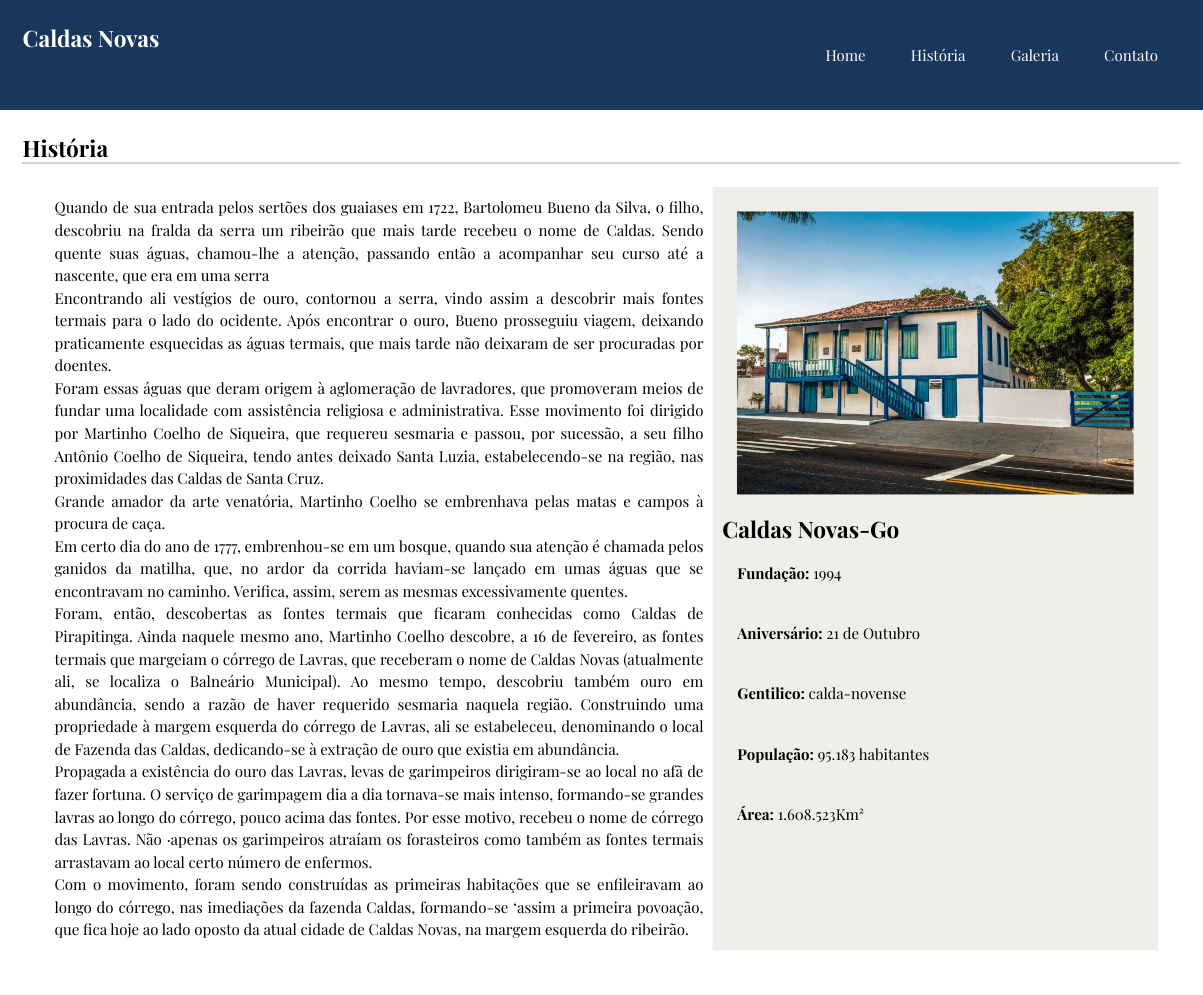
Repository: AbiezerSidonioJoseOdanacaJunior/DesafioLocalTuristico
Page: index.html
The author's editor kept a copy of each file at every save. The page is drawn from the files as they stood at one save, then again after the next save.
The browser window is 1280 px wide. The pictures show the whole page, at 94% of full size.
Some web fonts or font styles are not loaded; a fallback is used.

Above is the page before, as saved 2024-11-11 16:27:56.

### index.html
<!DOCTYPE html>
<html lang="pt-br">
<head>
    <link rel="preconnect" href="https://fonts.googleapis.com">
    <link rel="preconnect" href="https://fonts.gstatic.com" crossorigin>
    <meta charset="UTF-8">
    <meta name="viewport" content="width=device-width, initial-scale=1.0">
    <title>Caldas Novas</title>
    <link rel="stylesheet" href="./css/style.css">
    <link href="https://fonts.googleapis.com/css2?family=Alice&family=Playfair+Display:ital,wght@0,400..900;1,400..900&display=swap" rel="stylesheet">
</head>
<body>
    <div id="page">
        <nav>
            <!-- <img src="./img/clds.png" alt="logo Caldas novas"> -->
             <h1>Caldas Novas</h1>
            <ul>
                <li><a href="#home">Home</a></li>
                <li><a href="#history">História</a></li>
                <li><a href="#gallery">Galeria</a></li>
                <li><a href="#contact">Contato</a></li>
            </ul>
        </nav>
        <main>
            <section id="history">
                <h1>História</h1>
                <hr>
               <div id="about">
                <div id="text-history">
                    <p>Quando de sua entrada pelos sertões dos guaiases em 1722, Bartolomeu Bueno da Silva, o filho, descobriu na fralda da serra um ribeirão que mais tarde recebeu o nome de Caldas. Sendo quente suas águas, chamou-lhe a atenção, passando então a acompanhar seu curso até a nascente, que era em uma serra</p>
                    <p>Encontrando ali vestígios de ouro, contornou a serra, vindo assim a descobrir mais fontes termais para o lado do ocidente. Após encontrar o ouro, Bueno prosseguiu viagem, deixando praticamente esquecidas as águas termais, que mais tarde não deixaram de ser procuradas por doentes.</p>
                    <p>Foram essas águas que deram origem à aglomeração de lavradores, que promoveram meios de fundar uma localidade com assistência religiosa e administrativa. Esse movimento foi dirigido por Martinho Coelho de Siqueira, que requereu sesmaria e passou, por sucessão, a seu filho Antônio Coelho de Siqueira, tendo antes deixado Santa Luzia, estabelecendo-se na região, nas proximidades das Caldas de Santa Cruz.</p>
                    <p>Grande amador da arte venatória, Martinho Coelho se embrenhava pelas matas e campos à procura de caça.</p>
                    <p>Em certo dia do ano de 1777, embrenhou-se em um bosque, quando sua atenção é chamada pelos ganidos da matilha, que, no ardor da corrida haviam-se lançado em umas águas que se encontravam no caminho. Verifica, assim, serem as mesmas excessivamente quentes.</p>
                    <p>Foram, então, descobertas as fontes termais que ficaram conhecidas como Caldas de Pirapitinga. Ainda naquele mesmo ano, Martinho Coelho descobre, a 16 de fevereiro, as fontes termais que margeiam o córrego de Lavras, que receberam o nome de Caldas Novas (atualmente ali, se localiza o Balneário Municipal). Ao mesmo tempo, descobriu também ouro em abundância, sendo a razão de haver requerido sesmaria naquela região. Construindo uma propriedade à margem esquerda do córrego de Lavras, ali se estabeleceu, denominando o local de Fazenda das Caldas, dedicando-se à extração de ouro que existia em abundância.</p>
                    <p>Propagada a existência do ouro das Lavras, levas de garimpeiros dirigiram-se ao local no afã de fazer fortuna. O serviço de garimpagem dia a dia tornava-se mais intenso, formando-se grandes lavras ao longo do córrego, pouco acima das fontes. Por esse motivo, recebeu o nome de córrego das Lavras. Não ·apenas os garimpeiros atraíam os forasteiros como também as fontes termais arrastavam ao local certo número de enfermos.</p>
                    <p>Com o movimento, foram sendo construídas as primeiras habitações que se enfileiravam ao longo do córrego, nas imediações da fazenda Caldas, formando-se ‘assim a primeira povoação, que fica hoje ao lado oposto da atual cidade de Caldas Novas, na margem esquerda do ribeirão.</p>
                </div>
                <div id="image-history">
                    <img src="./img/imghistory.jpg" alt="Imagem Caldas">
                    <h2>Caldas Novas-Go</h2>
                    <p><b>Fundação:</b> 1994 </p>
                    <p><b>Aniversário:</b> 21 de Outubro </p>
                    <p><b>Gentilico:</b> calda-novense </p>
                    <p><b>População:</b> 95.183 habitantes</p>
                    <p><b>Área:</b> 1.608.523Km²</p>
                </div>
               </div>
            </section>
        </main>
    </div>

</body>
</html>

### css/style.css
* {
    padding: 0;
    margin: 0;
    box-sizing: border-box;
}
body{
    font-family: "Playfair Display", serif;
}

nav {
    display: flex;
    background-color: #19375c;
}

nav img {
    width: 116px;
    height: 92px;
}

nav h1{
    color:#fff;
    padding: 24px;
}

ul{
    display: flex;
    padding: 24px;
    margin-left: auto;
}

ul li {
    padding: 24px;
    list-style: none;
}

ul li a {
    text-decoration: none;
    color: #fff;
}

#history {
    width: 100%;
    height: 100%;
    padding: 24px;
    box-sizing: border-box;

}

#about {
    display: flex;
    width: 100%;
    max-width: 100vw;
    overflow-x: hidden;;
    padding: 24px;
}

#text-history {
    flex: 0 0 60%;
    padding: 10px;
    text-align: justify;
    line-height: 24px;
}

#image-history {
    flex: 0 0 40%; /* Ocupa 25% da largura */
    padding: 10px;
    background-color: #efeeeb;
}

#image-history img {
    max-width: 100%;
    height: auto;
    padding: 16px;
}
#image-history p {
    line-height: 32px;
    padding: 16px;
}

After the next save:
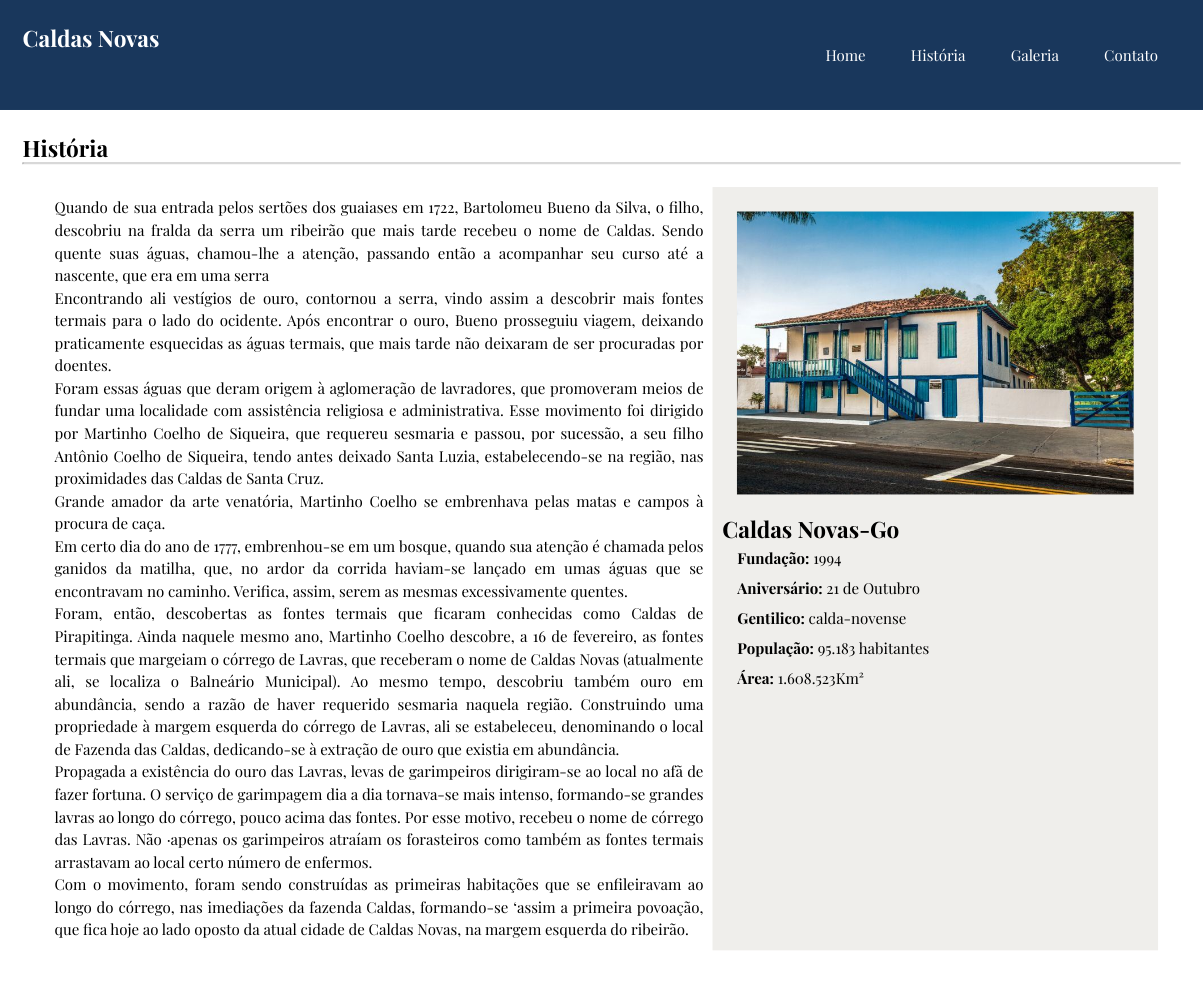
Saved 18 s later.
--- a/css/style.css
+++ b/css/style.css
@@ -74,5 +74,5 @@
 }
 #image-history p {
     line-height: 32px;
-    padding: 16px;
+    padding-left: 16px;
 }
